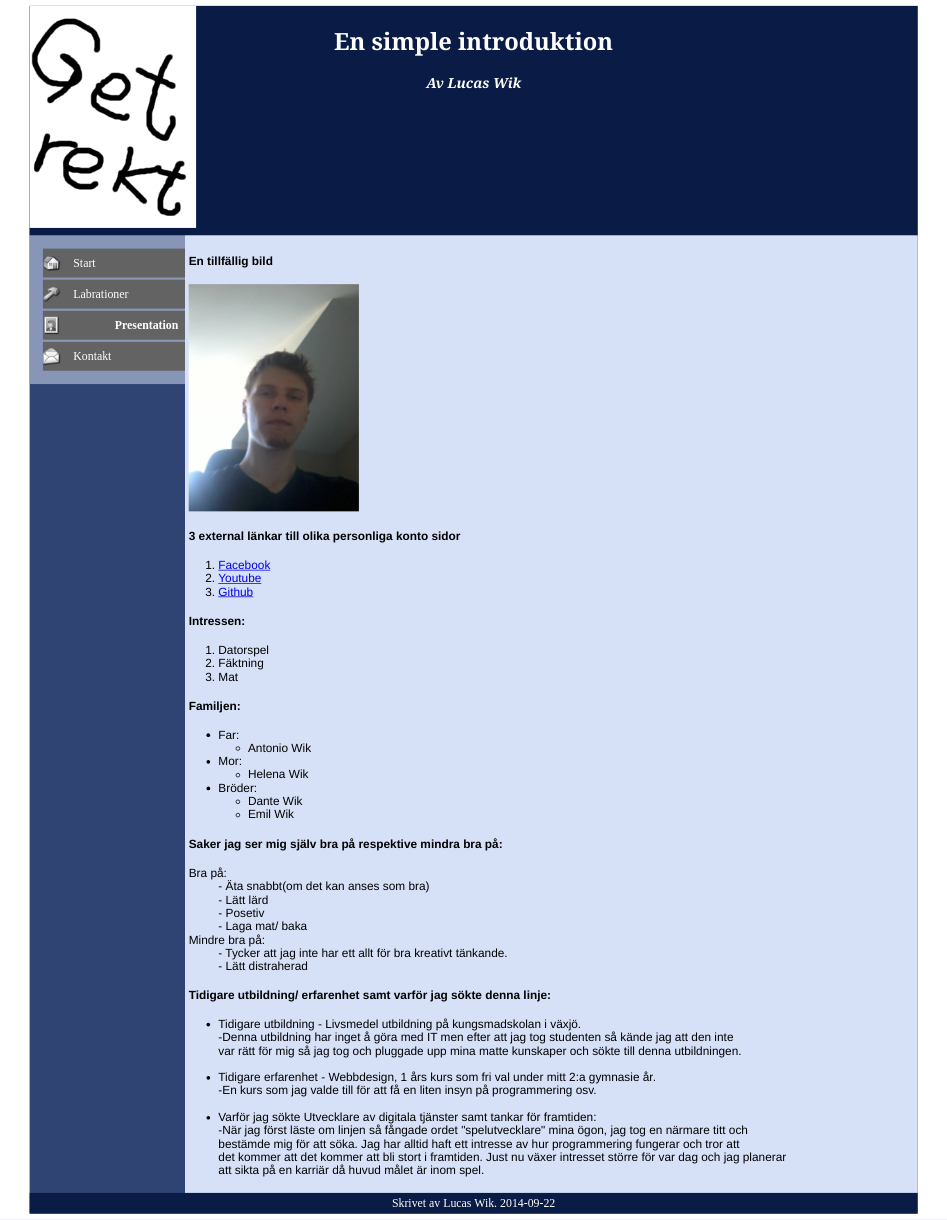
Repository: lw222gz/1ik415-laborationer
Page: Pages/presentation.html
The author's editor kept a record of every edit. The page is drawn from the files as they stood at one moment, then again after the next edit.
The browser window is 1280 px wide. The pictures show the whole page, at 74% of full size.

Above is the page before.

After the next edit:
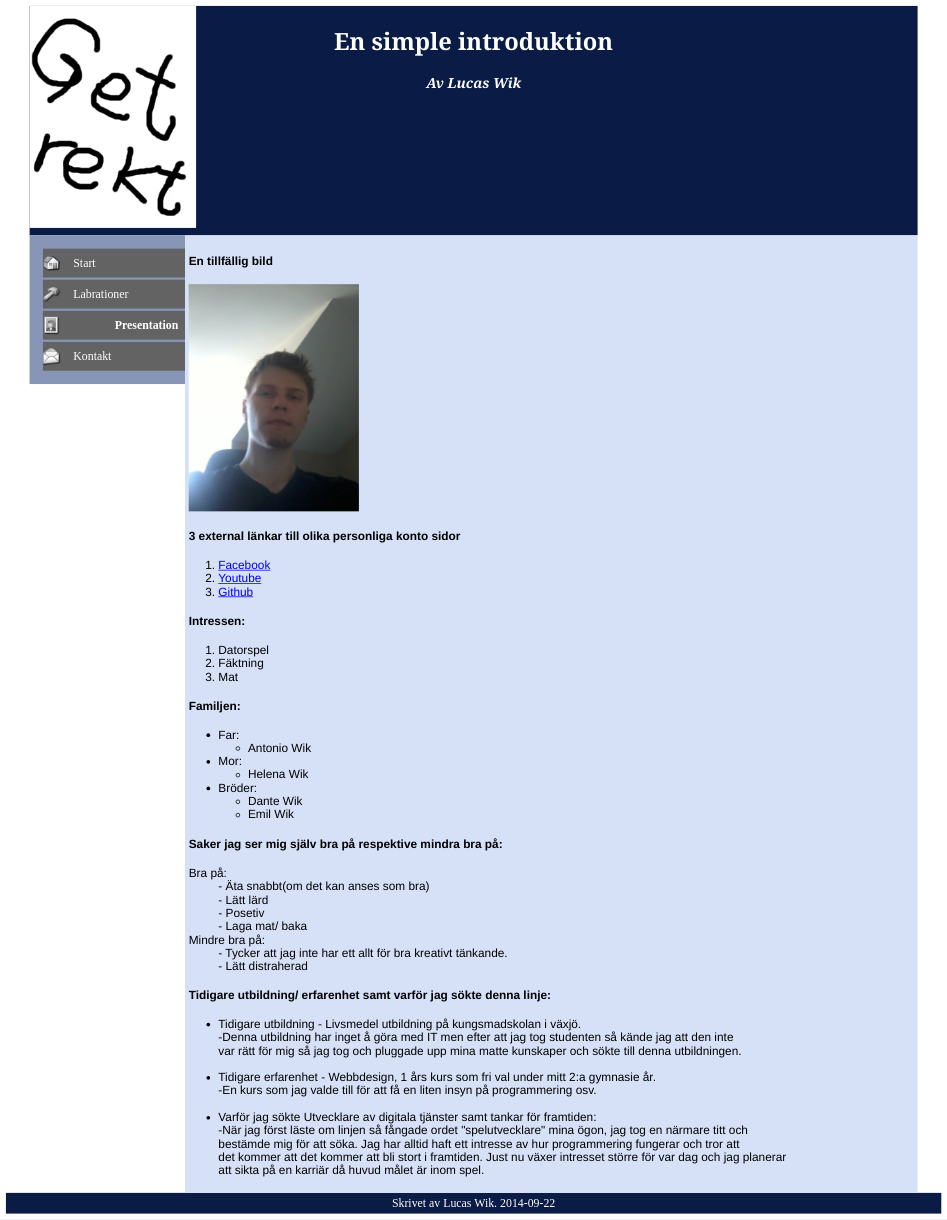
The edit:
--- a/Pages/presentation.html
+++ b/Pages/presentation.html
@@ -27,7 +27,7 @@
     </ul>
 </nav>
 
-<div id="content">
+<main id="content">
     <h4>En tillfällig bild</h4>
     <a id="bild"></a><img src="../Css/Pics/selfie.jpg" style="width:230.4px;height:307.2px" alt="En bild på mig själv." />
 

After the 2 edits that followed:
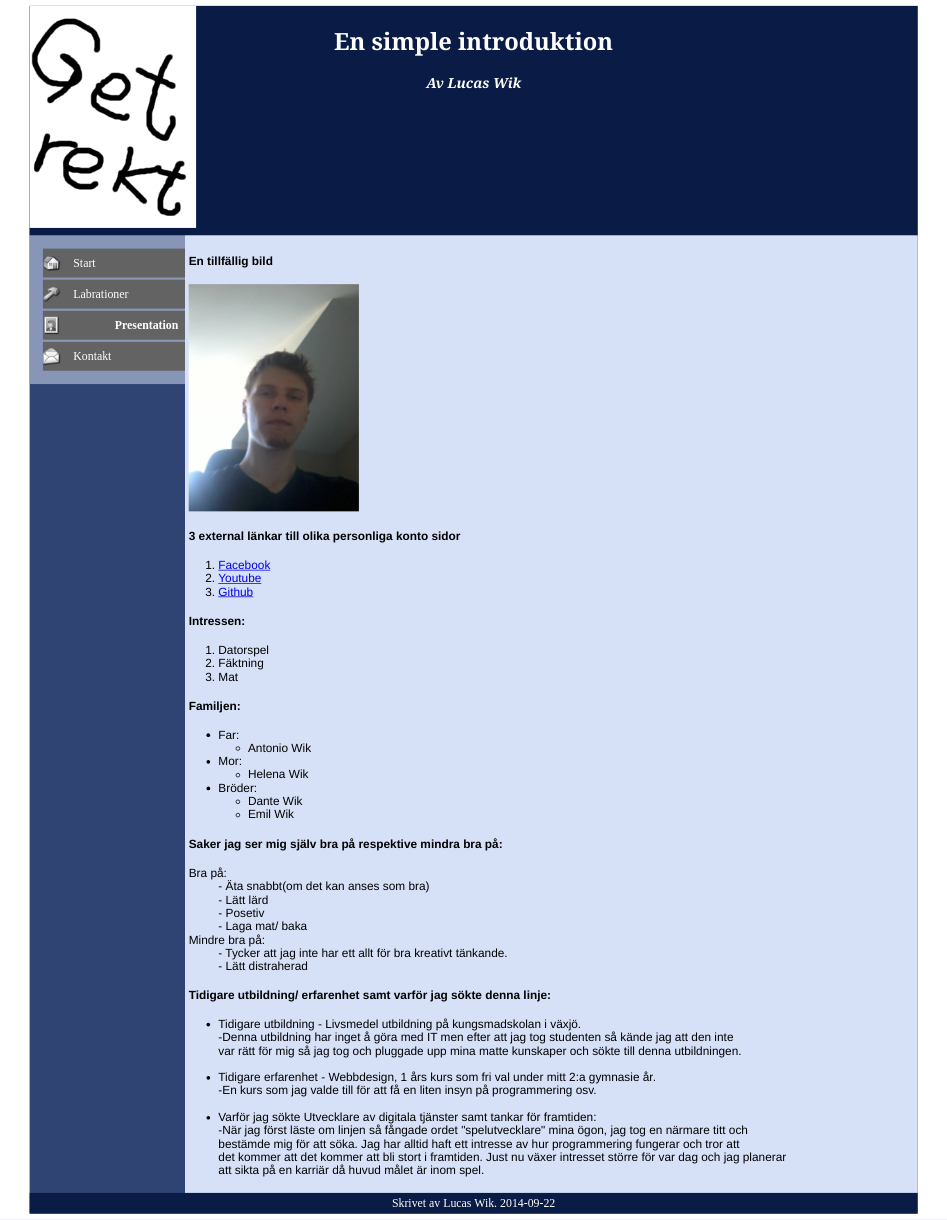
The 2 edits are shown as one change because 1 left the picture as it was.
The edit:
--- a/Pages/presentation.html
+++ b/Pages/presentation.html
@@ -118,11 +118,10 @@
         att sikta på en karriär då huvud målet är inom spel.
     </li>
 </ul>
-</div>
-<div id="footer">
+</main>
+<footer id="footer">
     Skrivet av Lucas Wik. 2014-09-22
 </div>
 </div>
-
 </body>
 </html>
